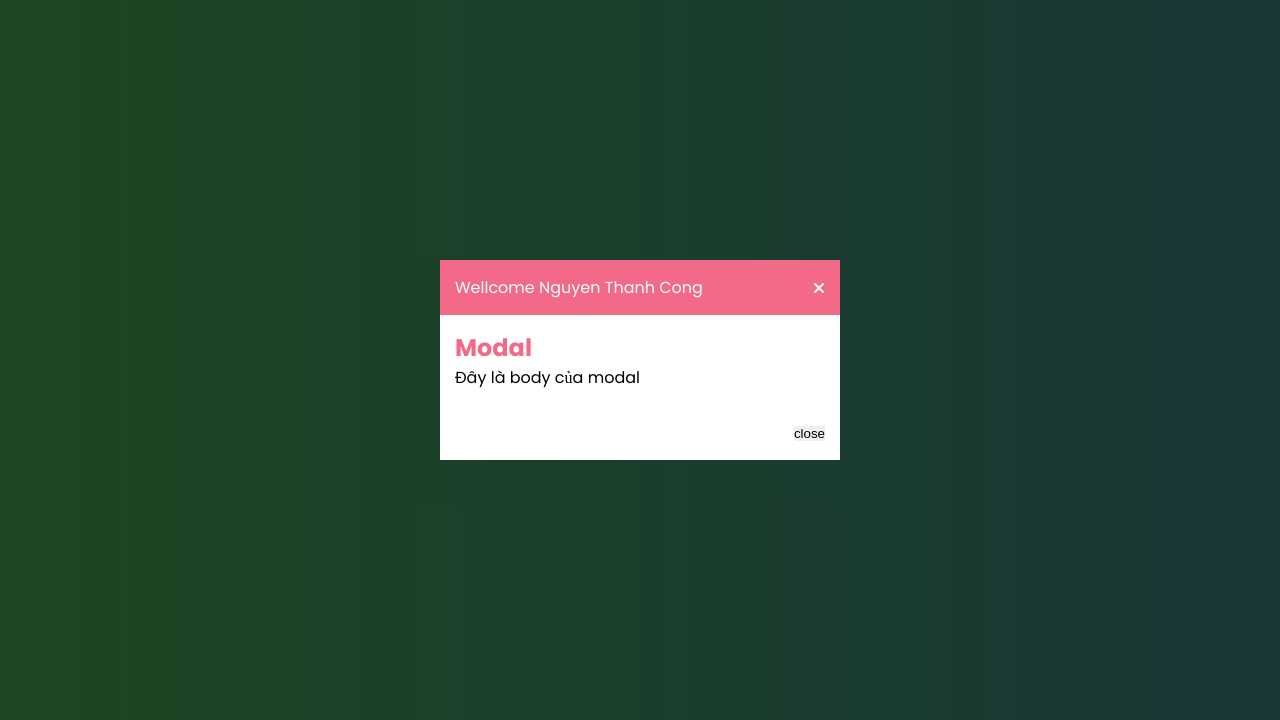
Repository: congnt98/Lean-javascript-in-project
Page: 30Days/3_Modal/index.html
The author's editor kept a copy of each file at every save. The page is drawn from the files as they stood at one save, then again after a run of saves.
The browser window is 1280 px wide. The pictures show the whole page.

Above is the page before, as saved 2024-02-18 20:22:45.

### 30Days/3_Modal/index.html
<!DOCTYPE html>
<html lang="en">

<head>
    <meta charset="UTF-8">
    <meta name="viewport" content="width=device-width, initial-scale=1.0">
    <title>Product Card</title>
    <link rel="stylesheet" href="./style.css">
    <link href='https://unpkg.com/boxicons@2.1.4/css/boxicons.min.css' rel='stylesheet'>
    <link
        href="https://fonts.googleapis.com/css2?family=Poppins:ital,wght@0,100;0,200;0,300;0,400;0,500;0,600;0,700;0,800;0,900;1,100;1,200;1,300;1,400;1,500;1,600;1,700;1,800;1,900&display=swap"
        rel="stylesheet">
    <link rel="stylesheet" href="https://cdnjs.cloudflare.com/ajax/libs/font-awesome/6.5.1/css/all.min.css">
</head>

<body>
    <div class="warapper">
        <button class="btn-modal-open">
            Open Modal
        </button>
        <div class="modal">
            <div class="modal__inner">
                <div class="modal__header">
                    <span>Wellcome Nguyen Thanh Cong</span>
                    <i class="fa-solid fa-xmark"></i>
                </div>
                <div class="modal__body">
                    <h2 class="title">Modal</h2>
                    <span>Đây là body của modal</span>
                </div>
                <div class="modal__footer">
                    <button class="btn-close">close</button>
                </div>
            </div>
        </div>
    </div>
    <script src="./app.js"></script>
</body>

</html>

### 30Days/3_Modal/style.css
:root {
    --pink-color: #f26a87;
}

* {
    margin: 0;
    padding: 0;
    box-sizing: border-box;
}

body {
    min-height: 100vh;
    background: linear-gradient(to right, #4daf54, #3d8888);
    display: flex;
    justify-content: center;
    align-items: center;
    font-family: "poppins";
}

.warapper {
    max-width: 1200px;
    margin: 0 auto;
    width: 100%;
}

.btn-modal-open {
    display: inline-block;
    position: relative;
    left: 50%;
    transform: translateX(-50%);
    padding: 10px 20px;
    border-radius: 5px;
    outline: none;
    border: none;
    font-size: 25px;
    font-weight: 700;
}

.modal {
    position: fixed;
    top: 0;
    right: 0;
    bottom: 0;
    left: 0;
    background-color: rgb(0, 0, 0, 0.6);
}

.modal__inner {
    width: 400px;
    position: relative;
    overflow: hidden;
    top: 50%;
    left: 50%;
    transform: translate(-50%, -50%);
    color: #000;
    z-index: 1111;
    background-color: #fff;
}

.modal__header {
    background-color: var(--pink-color);
    padding: 15px;
    display: flex;
    justify-content: space-between;
    align-items: center;
    color: #fff;
}

.modal__body {
    padding: 15px;
}

.modal__body h2 {
    color: var(--pink-color);
    margin-bottom: 10px 15px;
}

.modal__footer {
    padding: 15px;
    text-align: right;
}

.modal__footer button {
    border: 0;
    outline: 0;

}

Loaded but not shown: 30Days/3_Modal/app.js (no copy from this time; the picture is the same without it)

After the next 2 saves:
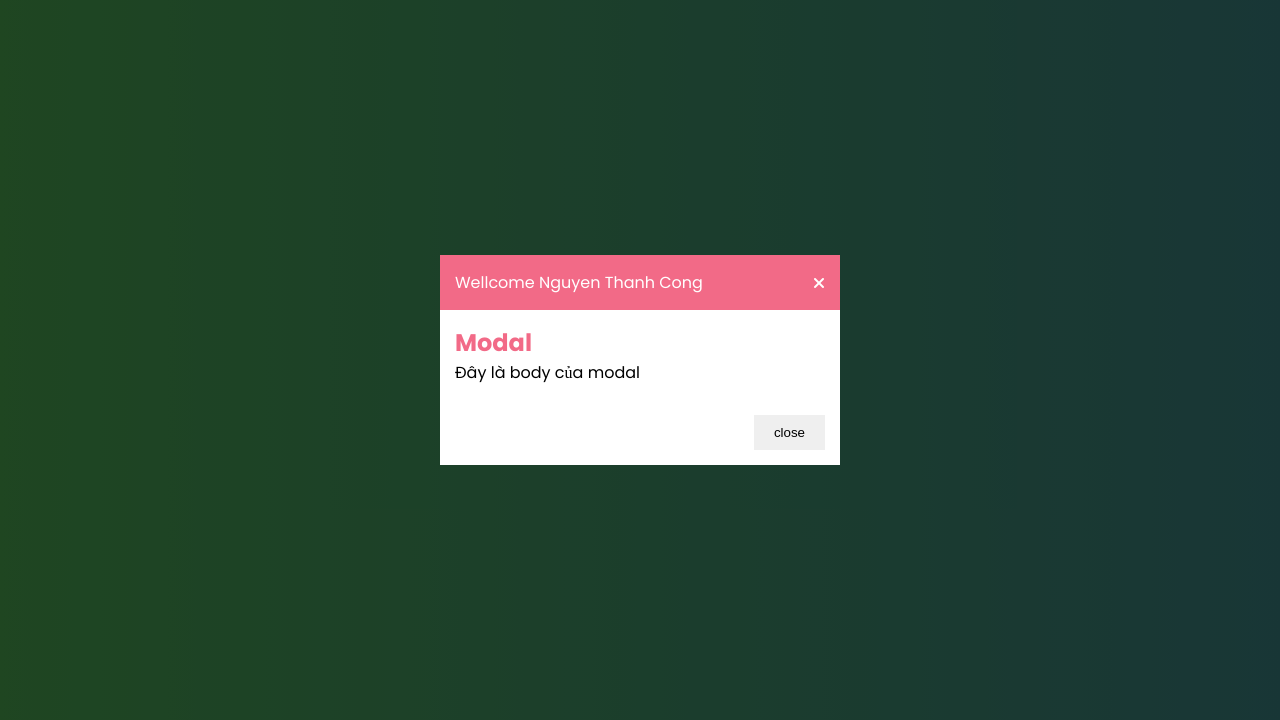
The 2 saves are shown as one change because they came seconds apart.
The last was saved 6 s later.
--- a/30Days/3_Modal/style.css
+++ b/30Days/3_Modal/style.css
@@ -83,5 +83,6 @@ body {
 .modal__footer button {
     border: 0;
     outline: 0;
+    padding: 10px 20px;
 
 }
